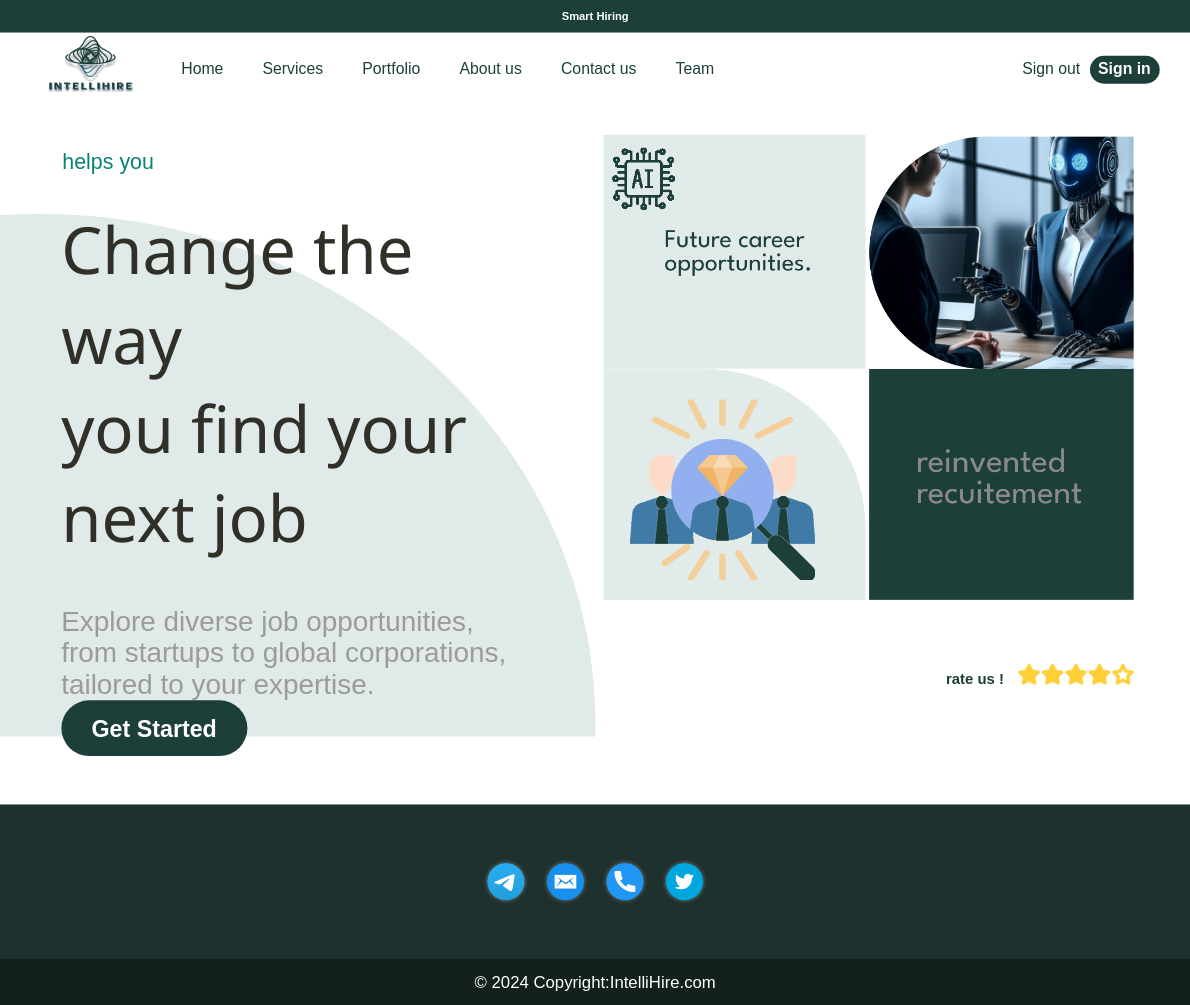
Repository: arijkl/Projet-PFA
Page: HomePage.html
These files come from the project's save history. The page is drawn as it stood at one moment and after the next save; the edit follows.
The browser window is 1280 px wide. The pictures show the whole page, at 93% of full size.

Above is the page before, as saved 2024-04-22 00:03:56.

### HomePage.html
<!DOCTYPE html>
<html lang="en">

<head>
    <meta charset="UTF-8" />
    <meta name="viewport" content="width=device-width, initial-scale=1.0" />
    <title>Document</title>
    <link rel="stylesheet" href="HomePage.css" />
</head>

<body>
    <nav class="beforeNav">
        <span>Smart Hiring</span>
    </nav>
    <nav class="navBar">
        <span class="Mainlogo"><img src="Assets/mainlogo.png" alt="" /></span>
        <ul>
            <li><a href="">Home</a></li>
            <li><a href="">Services</a></li>
            <li><a href="">Portfolio</a></li>
            <li><a href="">About us</a></li>
            <li><a href="">Contact us</a></li>
            <li><a href="">Team</a></li>
        </ul>
        <span class="signin-out">
            <a href="">Sign out</a>
            <a href="" class="sign-in">Sign in</a>
        </span>
    </nav>

    <div class="container">

        <div class="left-container">
            <div class="img-container" ></div>
            <span class="hepls-you">helps you</span>

            <h1>
                Change the way <br />
                you find your <br />
                next job
            </h1>
            <span class="paraetbtn">
            <p>
                Explore diverse job opportunities,<br />
                from startups to global corporations,<br />
                tailored to your expertise.
            </p>
            <button class="started-btn">Get Started</button>
            </span>
        </div>
        <div class="right-container">
            <img src="Assets/Home-right-image.png" alt="" class="imgRight" />
            <span>
                rate us !
                <img src="Assets/rate.png" alt="" class="rate-us" />
            </span>
        </div>

    </div>


    <footer>
        <div class="icons">
            <button>
                <img src="Assets/tlg.png" alt="" />
            </button>
            <button>
                <img src="Assets/gm.png" alt="" />
            </button>
            <button>
                <img src="Assets/tel.png" alt="" />
            </button>
            <button>
                <img src="Assets/tt.png" alt="" />
            </button>

        </div>

        <span>
            © 2024 Copyright:
            <a href="#home">IntelliHire.com</a>
        </span>
    </footer>
</body>

</html>

### HomePage.css
* {
    margin: 0px;
    padding: 0px;
    font-family: 'Montserrat', sans-serif;
}

@font-face {
    font-family: 'Montserrat';
    src: url('https://fonts.googleapis.com/css2?family=Montserrat&display=swap');
    /* You can also host the font files locally and provide the path accordingly */
}




body {
    font-family: 'Montserrat', sans-serif;
    background: white;
    color: #1C3F3A;
    height: 100vh;
    width: 100%;

}

/*                                   Hero section                              */
.beforeNav {
    background-color: #1C3F3A;
    height: 35px;
    color: white;
    display: flex;
    justify-content: space-around;
    align-items: center;
    font-weight: 550;
    font-size: 12px;

}
/*                                  navigation bar                              */
.Mainlogo {
    height: 100%;
    width: 15%;

}

.Mainlogo img {
    position: absolute;
    height: 100px;
    width: 150px;

}

.navBar {

    height: 80px;
    display: flex;
    justify-content: space-between;
    margin-left: 20px;
    margin-right: 20px;
    font-weight: 500;



}

.navBar ul {
    display: flex;
    justify-content: space-around;
    align-items: center;
    width: 60%;
    list-style: none;
    margin-right: 25%;
    font-size: 17px;

}

.navBar ul li a {
    text-decoration: none;
    color: #1C3F3A;



}

.signin-out {
    display: flex;
    align-items: center;
    margin-right: 7px;
    width: 15%;



}

.signin-out a {
    text-decoration: none;
    font-size: 17px;

}

.signin-out a:first-child {
    color: #1C3F3A;

}

.sign-in {
    display: flex;
    justify-content: center;
    align-items: center;
    width: 75px;
    height: 30px;
    font-weight: 550;
    margin-left: 10px;
    color: white;
    background-color: #1C3F3A;
    border-radius: 15px;



}
/*                                  main content                           */
.container{
    display: flex;
    justify-content: space-between;
    align-items:center;
    height: 100%;
    margin-left: 50px;
    margin-right: 61.5px;
    margin-top:30px;

    z-index:777;
}

.left-container{
    height: 100%;
    width:45%;
    display: flex;
    flex-direction: column;
    justify-content:space-evenly;


}
.img-container{
    background-color: transparent;
    position:absolute;
    left:0px;
    top:230px;
    height:80% ;
    width:50%;

    margin-left: 0px;
    background-image : url(Assets/bg.png);
    background-size: contain;
    background-repeat: no-repeat;
    z-index: -999999;


}
/*      right content           */
.right-container{
    height: 100%;
    width:45%;
    display: flex;
    flex-direction: column;
    justify-content:space-between;
    align-items:flex-end;
}
.imgRight{

    height:500px;
    width:570px;

}
.right-container span{
    display:flex;
    justify-content: space-around;
    align-items:flex-end;
    gap:15px;
    margin-bottom:24%;
    font-weight:bold;
}
/*      left content           */
.hepls-you{
    margin-left:17px;
    font-size: 23px;
    color:#098271;
}
.left-container h1{

    font-size:70px;
    padding:3% ;
    font-family:'Segoe UI', Tahoma, Geneva, Verdana, sans-serif;
    color:#313028;
    font-weight: 500;
}
.paraetbtn{
    padding: 20px;
    color:#9B9B9B;
    padding:3%;
    font-size:30px;
}
.started-btn{
    margin-bottom: 20px;
    height:60px;
    width:200px;
    font-size: 25px;
    font-weight: bold;
    color:white;
    background-color:#1C3F3A;
    border:none;
    border-radius: 50px;

}

/*                                  footer                                    */
footer{

    background-color:#1f312e;
    height:30%;
    color:white;
    display: flex;
    flex-direction: column;
    justify-content: flex-end;
    align-items:center;


}
.icons{
    display: flex;
    justify-content: space-around;
    align-items: center;
    height:100%;
    width:20%;
}
.icons button{
    background-color:#1f312e;;
    height:40px;
    width:40px;
    border:none;
    box-shadow: 0px 0px 5px 0px rgba(148, 142, 142, 0.797);
    border-radius:50%;
}
.icons button img{

   height:100%;
   width: auto;
}


footer span{
    background-color:#13201e;
    width:100%;
    height:30%;
    margin-top: 0%;
    display: flex;
    justify-content: center;
    align-items:center;
    font-size: large;
}
footer span a{
    color:white;
    text-decoration: none;
    text-align: center;
}

After the next save:
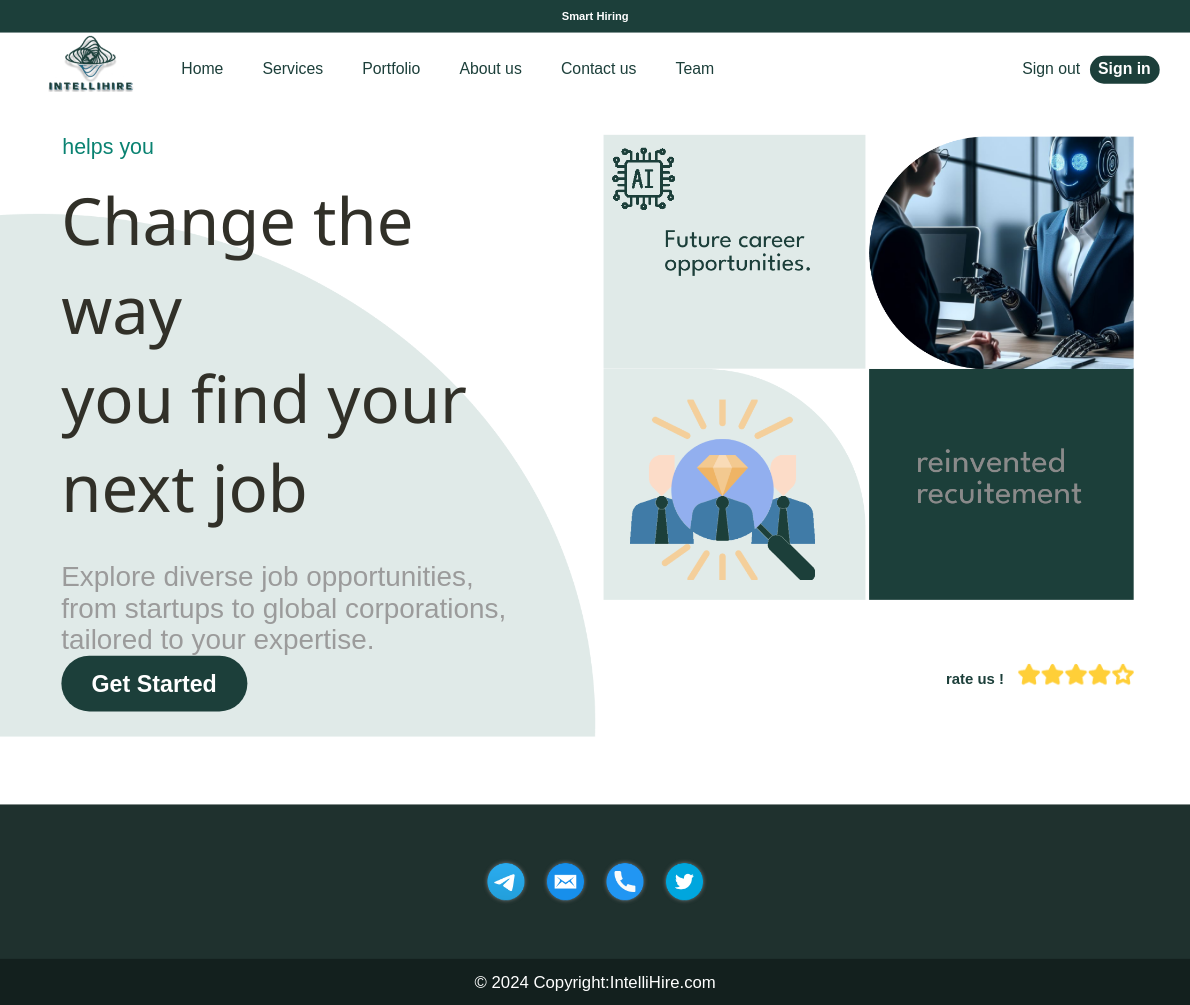
Saved 13 s later.
--- a/HomePage.css
+++ b/HomePage.css
@@ -192,6 +192,7 @@
     font-weight: 500;
 }
 .paraetbtn{
+    margin-bottom:120px;
     padding: 20px;
     color:#9B9B9B;
     padding:3%;
